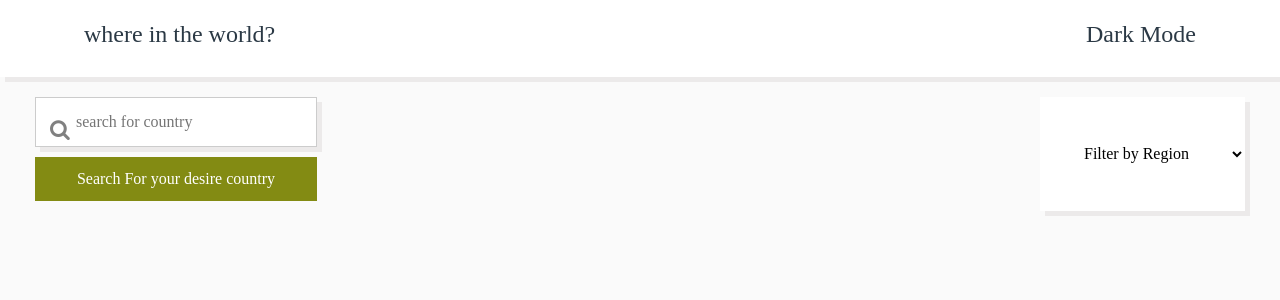
Repository: lamilekan263/countries
Page: /
These files come from the project's save history. The page is drawn as it stood at one moment and after a run of saves; the edit follows.
The browser window is 1280 px wide. The pictures show the whole page.
The page's requests for data from a server got no answer. The project was rebuilt for these pictures with package versions that can differ from the ones it lists, and the page was loaded fresh each time. No one was signed in, and anything a server would have sent is missing. Also part of the build but not shown: src/components/country/country.css, src/components/country/country.jsx, src/components/selectCountryRegion/selectCountryRegion.component.jsx.

Above is the page before, as saved 2020-07-30 16:37:19.

After the next 2 saves:
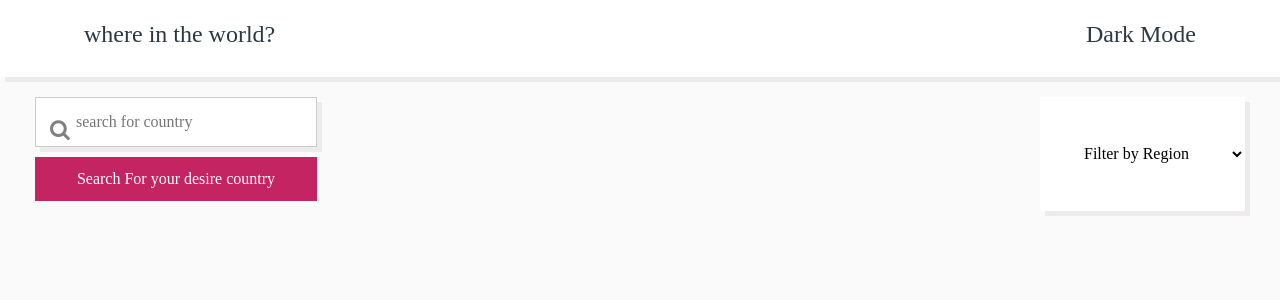
The 2 saves are shown as one change because they came seconds apart.
The last was saved 8 s later.
--- a/src/components/form.component/form.styles.css
+++ b/src/components/form.component/form.styles.css
@@ -11,7 +11,7 @@ button{
     margin:10px 0;
     width:100%;
     border: none;
-    background-color: rgb(131, 139, 19);
+    background-color: rgb(196, 36, 97);
     color:white;
     padding:10px;
 }
